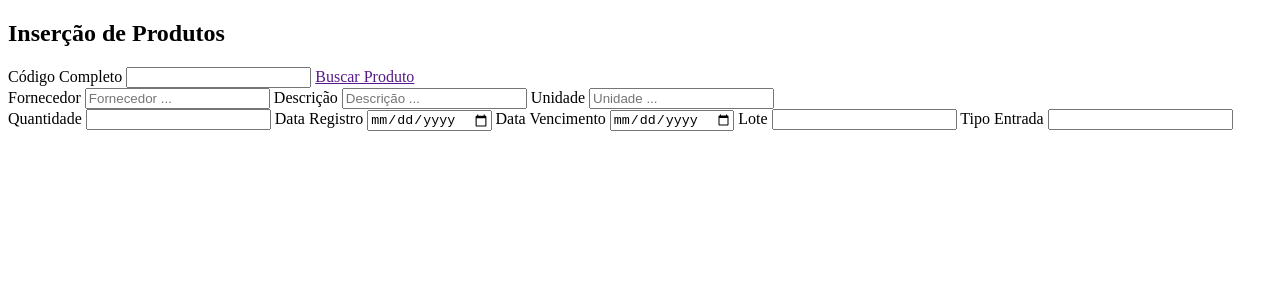
Repository: RobertoAntunes35/controle-estoque
Page: backend/templates/index.html
An editor plug-in stored every save of this project. The page is shown before and after the next save, followed by the edit.
The browser window is 1280 px wide. The pictures show the whole page.
The template is drawn by Flask 3. The application's start-up code is not run. Other server files are loaded and not shown. The template is opened directly, without the code that normally fills it, so the values that code supplies are empty.

Above is the page before, as saved 2023-05-27 11:27:22.

### backend/templates/index.html
<!DOCTYPE html>
<html lang="en">
<head>
    <meta charset="UTF-8">
    <meta http-equiv="X-UA-Compatible" content="IE=edge">
    <meta name="viewport" content="width=device-width, initial-scale=1.0">
    <title>Document</title>

</head>
<body>
    <div class="container">
        <form action="" method="">
            <h2>Inserção de Produtos</h2>
            <div class="search-product">
                <label for="busca-produto">Código Completo</label>
                <input type="number" id="busca-produto" name="busca-produto" value="">
                <a href="">Buscar Produto</a>
            </div>
            <div class="values-find">
                <label for="">Fornecedor
                <input type="text" id="fornecedor-find" name="fornecedor-find" placeholder="Fornecedor ...">
                </label>

                <label for="">Descrição
                    <input type="text" id="descricao-find" name="descricao-find" placeholder="Descrição ...">
                </label>

                <label for="">Unidade
                    <input type="text" id="unidade-find" name="unidade-find" placeholder="Unidade ...">
                </label>
            </div>
            <div class="choices-values">
                <label for="">Quantidade
                    <input type="number">
                </label>

                <label for="">Data Registro
                    <input type="date">
                </label>

                <label for="">Data Vencimento
                    <input type="date">
                </label>

                <label for="">Lote
                    <input type="text">
                </label>

                <label for="">Tipo Entrada
                    <input type="text">
                </label>
            </div>
        </form>
    </div>
</body>
</html>

After the next save:
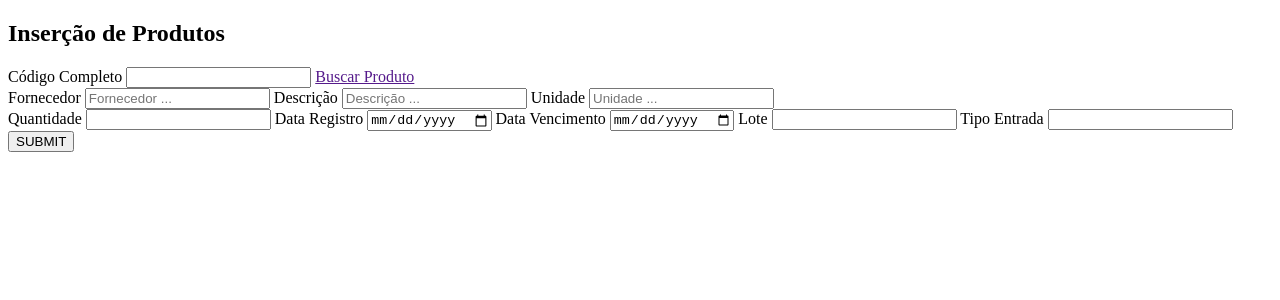
Saved 47 s later.
--- a/backend/templates/index.html
+++ b/backend/templates/index.html
@@ -50,6 +50,9 @@
                     <input type="text">
                 </label>
             </div>
+            <div class="buttons">
+                <input type="submit" id="submit-form" name="submit-form" value="SUBMIT">
+            </div>
         </form>
     </div>
 </body>
